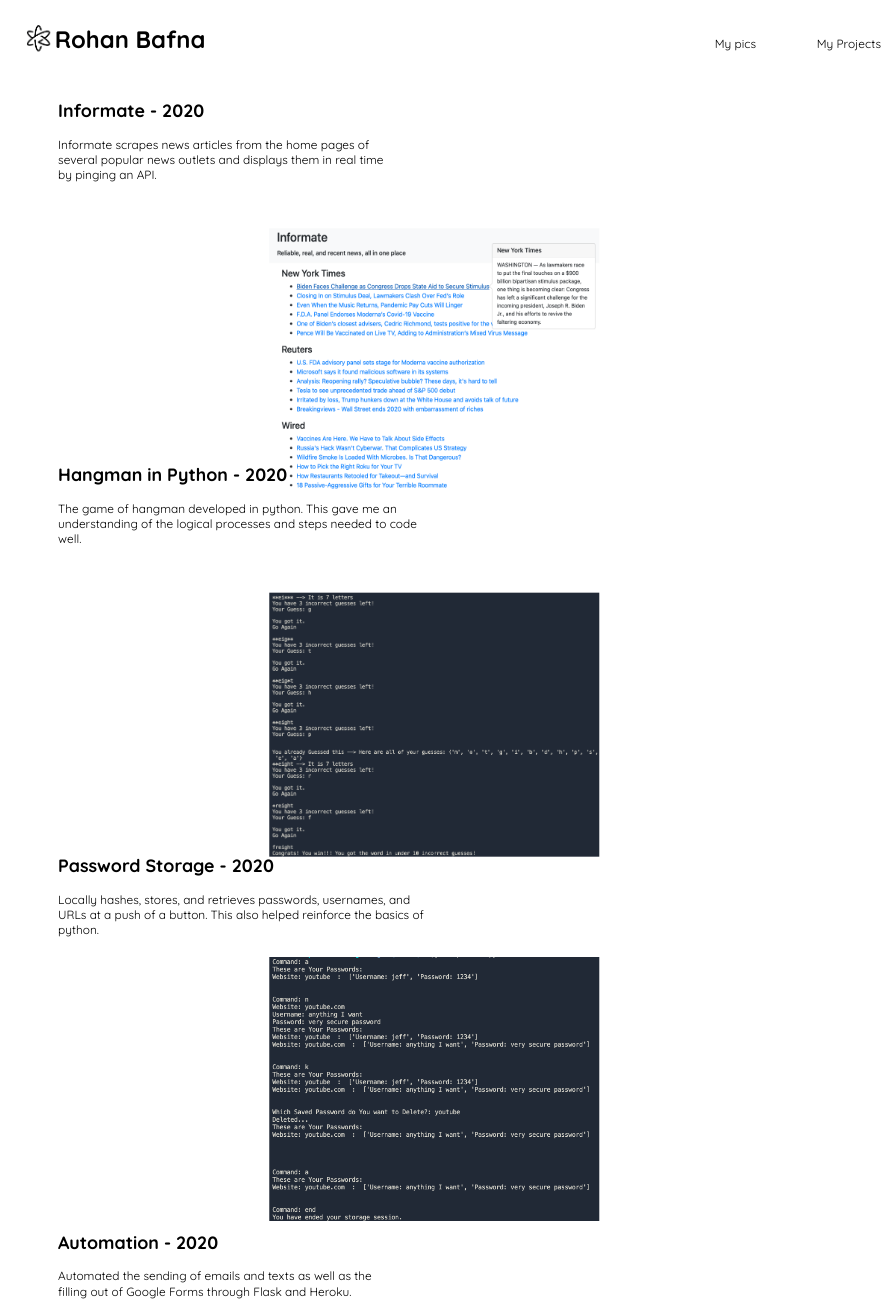
Repository: rbafna6507/rbafna6507.github.io
Page: projects.html
The author's editor kept a copy of each file at every save. The page is drawn from the files as they stood at one save, then again after the next save.
The browser window is 1280 px wide. The page is 1357 px wide, so the pictures cover 1357 px, including what lies to the right of the window. The pictures show the whole page, at 66% of full size.

Above is the page before, as saved 2020-12-18 16:40:35.

### projects.html
<!DOCTYPE HTML>
<html>
<head>
    <link rel="shortcut icon" type="image/png" href="circular actual atom logo.png"/>
    <title>my projects</title>
    <link href= "projects.css" type= "text/css" rel= "stylesheet">
    <link href="https://fonts.googleapis.com/css?family=Quicksand:400,700&display=swap" rel="stylesheet">
</head>
<body>
<div id= "navbar">
    <header class= "header">
        <div id="hi">
          <img id= "logo" src= "actual atom logo.png"></a>
          <a href= "index.html"><h1>Rohan Bafna</h1></a>
        </div>
        <div class= "leftsidelist">
            <ul>
                <a href= "pics.html"><li class= "about">My pics</li></a>
                <a href= "projects.html"><li class= "projects">My Projects</li></a>
            </ul>
        </div>
    </header>
</div>
<div id = "informate" class = "project">
    <h2>
        <strong>Informate - 2020</strong>
    </h2>
    <h4>Informate scrapes news articles from the home pages of <br>several popular news outlets and displays them in real time <br>by pinging an API.</h4>
</div>
<div id = "informate_img">
    <img class = "imgs" src = "informate_pic.png">
</div>
<div id = "hangman" class = "project">
    <h2>Hangman in Python - 2020</h2>
    <h4>The game of hangman developed in python. This gave me an <br>understanding of the logical processes and steps needed to code <br>well.</h4>
</div>
<div id = "hangman_img" >
    <img class = "imgs" src = "hangman_pic.png">
</div>
<div id = "password" class = "project">
    <h2>Password Storage - 2020</h2>
    <h4>Locally hashes, stores, and retrieves passwords, usernames, and <br>URLs at a push of a button. This also helped reinforce the basics of<br>python.</h4>
</div>
<div id = "password_img">
    <img class = "imgs" src = "password_pic.png">
</div>
<div id = "automation" class = "project">
    <h2>Automation - 2020</h2>
    <h4>Automated the sending of emails and texts as well as the <br>filling out of Google Forms through Flask and Heroku.</h4>
</div>
</body>
</html>

### projects.css
* {box-sizing:border-box}

li{
  display: inline;
  list-style-type: none;
  text-align: left;
  padding-left: 30px;
  font-size: 18px;
  font-weight: 36px;
  width: 150px;
  display: inline-block;
  position: relative;
  left: 970px;
  bottom: 60px;
}

ul{
  display: inline;
  margin: 10px 0px;
  padding: 0;
  text-align: center;
  position: relative;
}

.header {
  font-family: "quicksand";
  position: relative;
  left: 10px;
  bottom: 40px;
}

.leftsidelist {
  position: relative;
  top: 10px;
  left: 45px;
}

#logo {
    display: inline-block;
    width: 40px;
    height: 40px;
    position: relative;
    top: 70px;
    bottom: 400px;
  }

  h1 {

    padding-left: 50px;
    font-size: 36px;
    position: relative;
    right: 5px;
}
  .home {
    padding-bottom: 30px;
  }

  .about {
    padding-bottom: 30px;
  }

  #navbar {
    position: relative;
    left: 20px;
  }

  a:link {
    text-decoration: none;
    color: black;
  }

  a:visited {
    text-decoration: none;
    color: black;
  }

  a:hover {
    color: #ce321e
  }

  a:active {
    color: #ce321e
  }

  .project{
      display: inline;
      font-family: "quicksand";
      position: relative;
      font-weight: normal;
      left: 80px;
      padding-top: 5px;
      font-size: 18px;
  }

  #informate{
    position: relative;
    bottom: 70px;
  }

  #hangman{
    position: relative;
    bottom: 70px;
  }

  #password{
    position: relative;
    bottom: 30px;
  }

  #automation{
    position:relative;
    bottom: 10px;
  }

  h4{
    display: inline;
    font-weight: normal;
  }

  .imgs{
    display: inline;
    position: relative;
    left: 400px;
    height: 400px;
    width: 500px;
  }

After the next save:
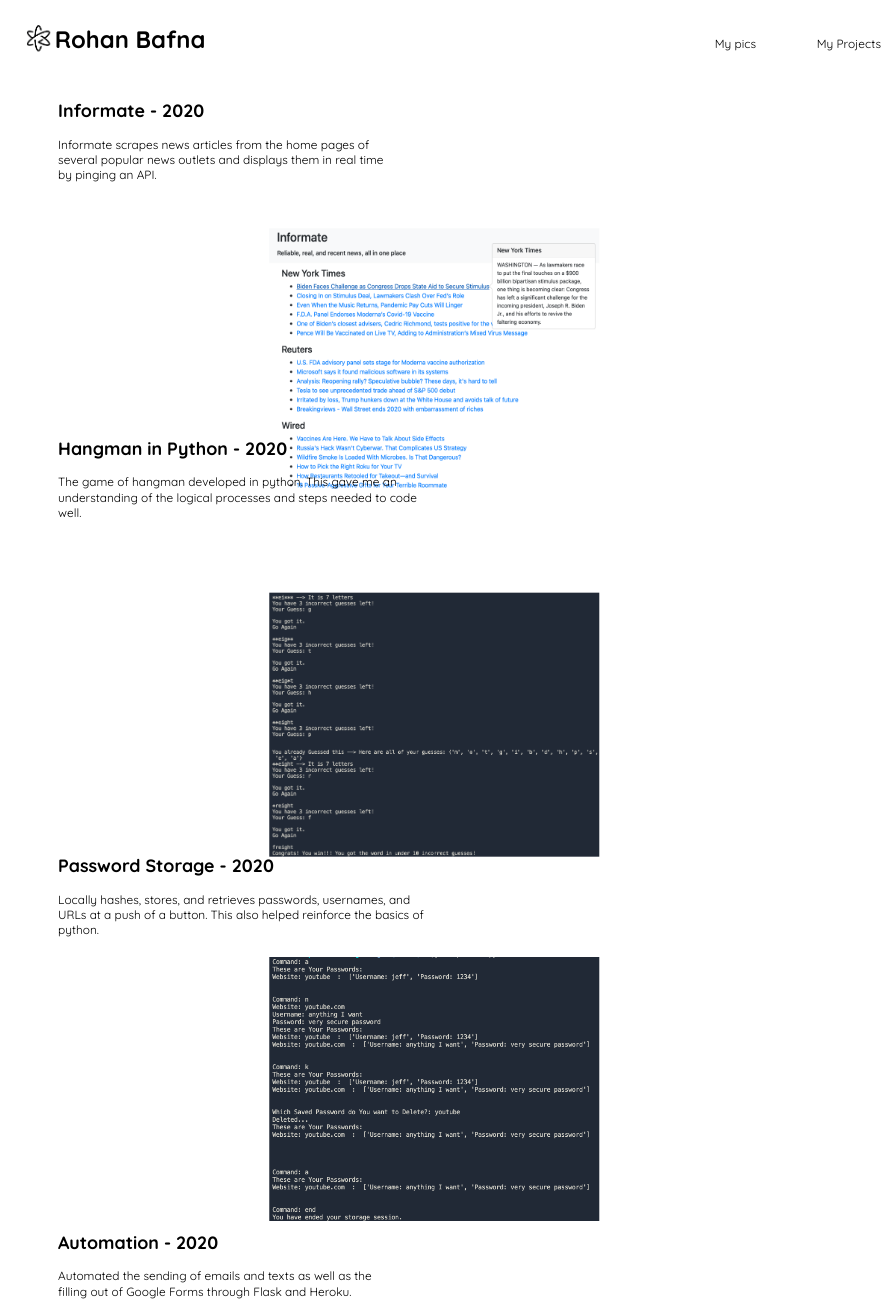
Saved 9 s later.
--- a/projects.css
+++ b/projects.css
@@ -99,7 +99,7 @@ ul{
 
   #hangman{
     position: relative;
-    bottom: 70px;
+    bottom: 110px;
   }
 
   #password{
